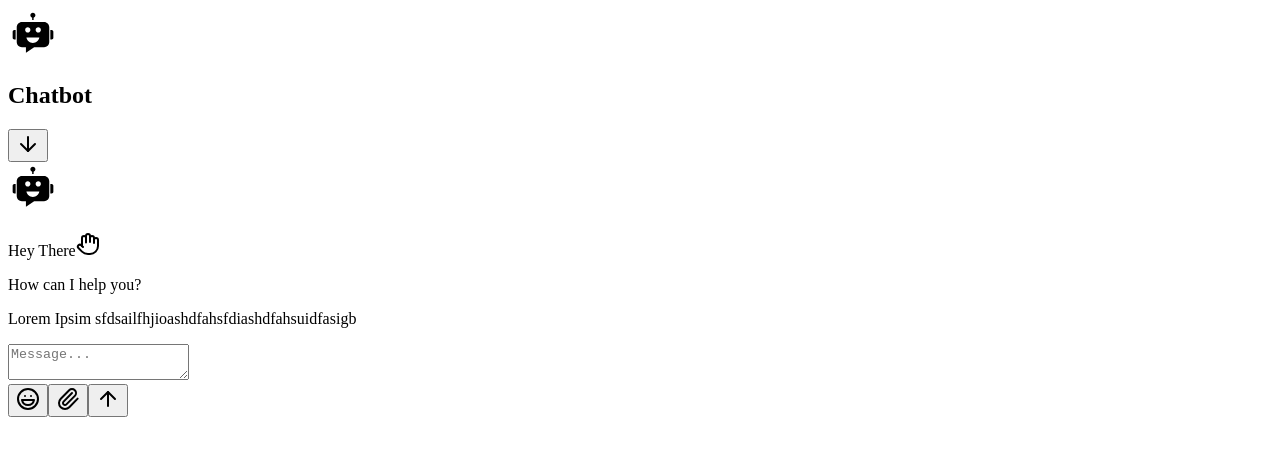
Repository: guilhermecardoso93/ai-bot
Page: /
The author's editor kept a copy of each file at every save. The page is drawn from the files as they stood at one save, then again after the next save.
The browser window is 1280 px wide. The pictures show the whole page.
The project was rebuilt for these pictures with package versions that can differ from the ones it lists, and the page was loaded fresh each time. Also part of the build but not shown: vite.config.js.

Above is the page before, as saved 2024-11-11 20:10:13.

### index.html
<!doctype html>
<html lang="en">
  <head>
    <meta charset="UTF-8" />
    <link rel="icon" type="image/svg+xml" href="/vite.svg" />
    <meta name="viewport" content="width=device-width, initial-scale=1.0" />
    <title>Ai ChatBot</title>
  </head>
  <body>
    <div id="root"></div>
    <script type="module" src="/src/main.jsx"></script>
  </body>
</html>

### src/index.css
:root {

  font-synthesis: none;
  text-rendering: optimizeLegibility;
  -webkit-font-smoothing: antialiased;
  -moz-osx-font-smoothing: grayscale;
}

### src/App.jsx
import { Main } from "./components/Main";

export function App() {
  return (
    <>
      <Main />
    </>
  );
}

### src/components/Main.jsx
import { Hand, ArrowDown, Laugh, Paperclip, ArrowUp } from "lucide-react";
import Logo from "../assets/logo.svg";

export function Main() {
  return (
    <div className="chatbot-popup">
      {/* Header */}
      <div className="chat-header">
        <div className="header-info">
          <img src={Logo} alt="" />
          <h2 className="logo-text">Chatbot</h2>
        </div>
        <button className="material-symbols-rounded">
          <ArrowDown />
        </button>
      </div>

      {/* Body */}
      <div className="chat-body">
        <div className="message bot-message">
          <div className="message-text">
            <img src={Logo} alt="" />
            <p className="message-text">
              Hey There
              <Hand />
            </p>
            <p>How can I help you?</p>
          </div>
          <div className="message-user">
            <p className="message-text">
              Lorem Ipsim sfdsailfhjioashdfahsfdiashdfahsuidfasigb
            </p>
          </div>
        </div>
      </div>

      {/* Footer */}
      <div className="chat-footer">
        <form action="" className="chat-form">
          <textarea
            placeholder="Message..."
            className="message-input"
          ></textarea>
          <div className="chat-controls">
            <button type='button'className="material-symbols-rounded">
              <Laugh />
            </button>
            <button type='button'className="material-symbols-rounded">
              <Paperclip />
            </button>
            <button type='button'className="material-symbols-rounded">
              <ArrowUp />
            </button>
          </div>
        </form>
      </div>
    </div>
  );
}

Loaded but not shown: src/main.jsx (common file)

After the next save:
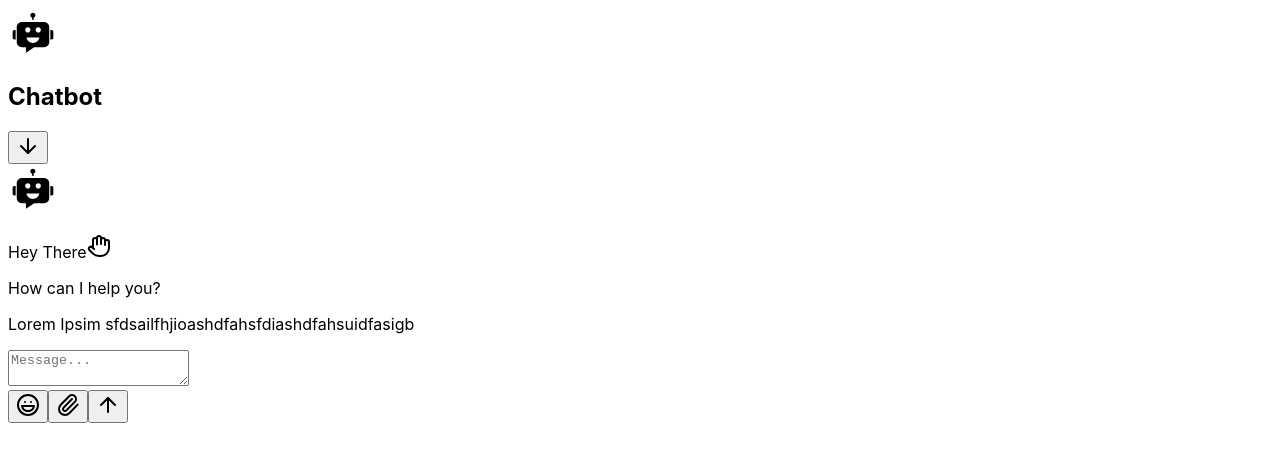
Saved 76 s later.
--- a/src/index.css
+++ b/src/index.css
@@ -1,6 +1,9 @@
 :root {
-
-  font-synthesis: none;
+  font-family: "Inter", serif;
+  font-optical-sizing: auto;
+  font-weight: <weight>;
+  font-style: normal;
+   font-synthesis: none;
   text-rendering: optimizeLegibility;
   -webkit-font-smoothing: antialiased;
   -moz-osx-font-smoothing: grayscale;
